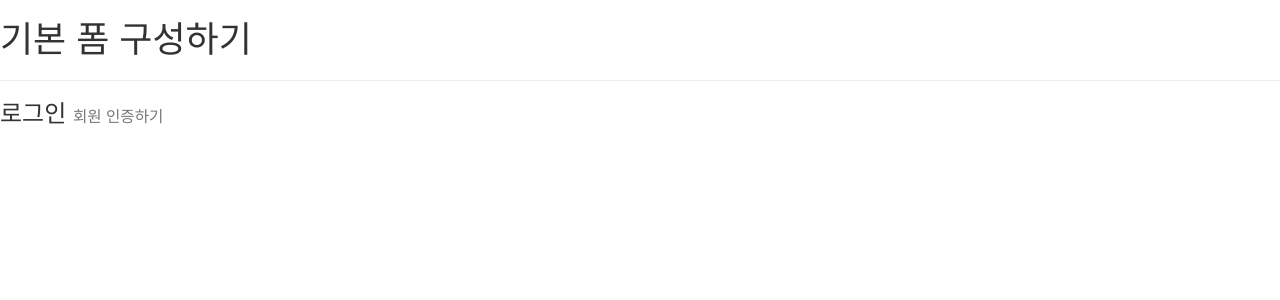
Repository: Umkimisstrong/UM_Webbb
Page: BootstrapApp/WebContent/BootEx04.html
These files come from the project's save history. The page is drawn as it stood at one moment and after the next save; the edit follows.
The browser window is 1280 px wide. The pictures show the whole page.

Above is the page before, as saved 2022-05-16 03:13:17.

### BootstrapApp/WebContent/BootEx04.html
<!DOCTYPE html>
<html>
<head>
<meta charset="UTF-8">
<title>BootEx04.html</title>

<link rel="stylesheet" type="text/css" href="css/bootstrap.css">
<script type="text/javascript" src="http://code.jquery.com/jquery.min.js"></script>
<script type="text/javascript" src="js/bootstrap.min.js"></script>

</head>
<body>

<div>
	<h1>기본 폼 구성하기</h1>
	<hr />
</div>

<div id="login">
	<h3>로그인 <small>회원 인증하기</small></h3>

	<form action="">
		<div>
			<laber></laber>
		</div>
	</form>
</div>



</body>
</html>

Loaded but not shown: BootstrapApp/WebContent/css/bootstrap.css (library); BootstrapApp/WebContent/js/bootstrap.min.js (library)

After the next save:
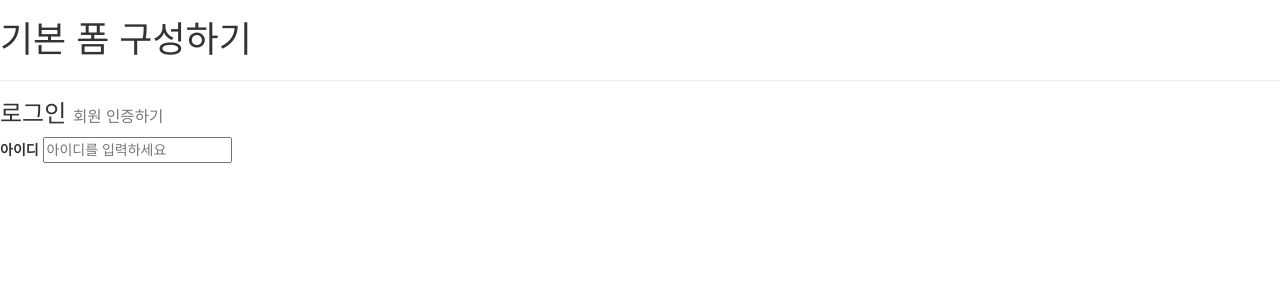
Saved 23 s later.
--- a/BootstrapApp/WebContent/BootEx04.html
+++ b/BootstrapApp/WebContent/BootEx04.html
@@ -21,7 +21,8 @@
 
 	<form action="">
 		<div>
-			<laber></laber>
+			<label>아이디</label>
+			<input type="text" id="txtId" placeholder="아이디를 입력하세요"/>
 		</div>
 	</form>
 </div>
